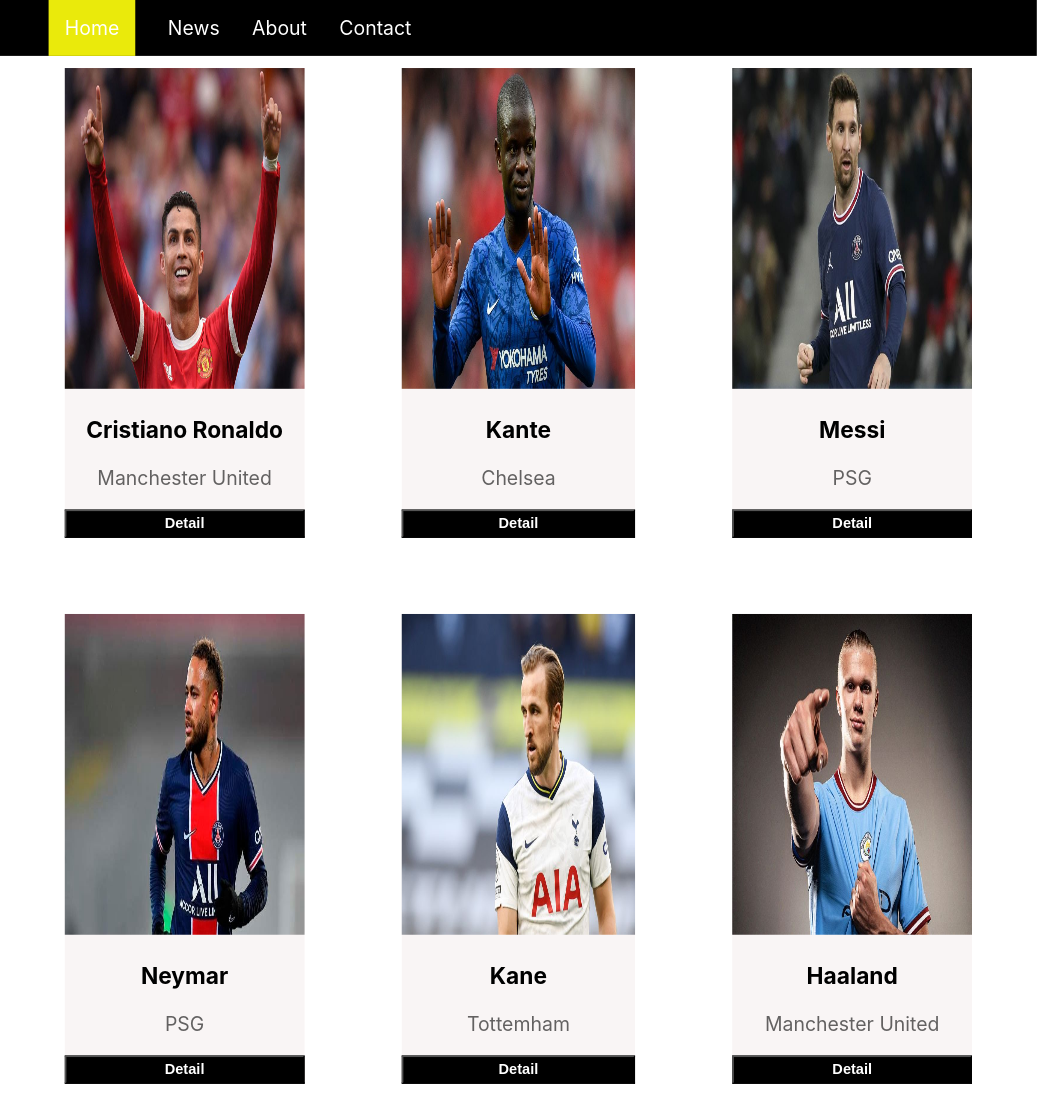
Repository: hoangdanh2/FER
Page: /
An editor plug-in stored every save of this project. The page is shown before and after a run of saves, followed by the edit.
The browser window is 1280 px wide. The page is 1280 px wide, then 1284 px, so the pictures cover 1284 px, including what lies to the right of the window. The pictures show the whole page, at 81% of full size.
The project was rebuilt for these pictures with package versions that can differ from the ones it lists, and the page was loaded fresh each time.

Above is the page before, as saved 2023-06-05 14:13:09.

### src/App.js
import './App.css';
import Navigation from './components/Navigation';
import Player from './components/Player';
function App() {
  return (
    <div className='App'>
      <Navigation/>
       <Player/>
    </div>
  );
}

export default App;

### src/App.css
.App {
  text-align: center;
}

.nav{
  text-align: left;
  background-color: #000000;
}

.nav-bar {
  display: flex;
  flex-direction: row;
  justify-content: left;
  margin-top: 0px;
  margin-bottom: 0px;
  padding-right: 20px;

}
.active{
  padding: 20px;
  width: 144px;
  background-color: rgb(234, 234, 11);
}

.nav-bar li{
  padding: 20px;
  list-style: none;
  text-decoration: none;
  font-size: x-large;
}
.nav-bar li:hover{
  background-color: rgb(234, 234, 11);
}

.nav-bar a{
  text-decoration: none;
  color: white;
}

/* .wrapp {
  display: flex;
  justify-content: space-between;
}

.nav-bar2 {
  padding: 20px 50px;
}

.switch-mode {
  text-decoration: none;
  font-size: large;
  font-weight: 600;
  letter-spacing: 3px;
} */
.container{
  display: grid;
  gap: 50px 100px;
  grid-template-columns: auto auto auto;
  justify-content: space-between;
  padding: 5px 70px;
  font-size: x-large;
}

.column img{
  width: 100%;
  height: 396px;
}

.column{
  padding: 10px;
}

.title{
  opacity: 0.6;
}
.card{
  background-color: rgb(249, 245, 245);
}

.column button{
  width: 100%;
  background-color: #000000;
  color: white;
  padding: 5px 0;
  font-size: large;
  font-weight: 600;
  cursor: pointer;
}

.column a{
  text-decoration: none;
  color: #fff;
  font-weight: 600;
}

.foot{
  width: 100%;
  background-color: yellow;
  padding: 2px;
  font-size: x-large;
  line-height: 0.5;
}

.foot h6{
  margin: 6px;
  font-size: large;
  padding: 5px 0;
}

/* .overlay {
  position: fixed;
  top: 0;
  bottom: 0;
  left: 0;
  right: 0;
  background: rgba(0, 0, 0, 0.7);
  transition: opacity 500ms;
  visibility: hidden;
  opacity: 0;
}
.overlay:target {
  visibility: visible;
  opacity: 1;
}
.popup {
  margin: 70px auto;
  padding: 5px;
  background: #fff;
  border-radius: 5px;
  width: 30%;
  position: relative;
  transition: all 5s ease-in-out;
}
.popup img{ width: 100%;}
.popup h2 {
  margin-top: 0;
  color: #333;
  font-family: Tahoma, Arial, sans-serif;
}
.popup .close {
  position: absolute;
  top: 20px;
  right: 30px;
  transition: all 200ms;
  font-size: 30px;
  font-weight: bold;
  text-decoration: none;
  color: #333;
}
.popup .close:hover {color: #06D85F;}
.popup .content {
  max-height: 30%;
  overflow: auto;
} */

### src/components/Navigation.js
import React, { Component } from "react";
export default class Navigation extends Component {
    render() {
        return (
            <div className="nav">
                <nav>
                    <ul className="nav-bar">
                        <li><a className="active" href="#home">Home</a></li>
                        <li><a href="#news">News</a></li>
                        <li><a href="#about">About</a></li>
                        <li><a href="#contact">Contact</a></li>
                    </ul>
                </nav>
            </div>
        )
    }
}

### src/components/Player.js
import React, { Component } from "react";
export default class player extends Component {
    render() {
        return (
            <div className="container">
                <div className="column">
                    <div className="card">
                        <img src="assets/images/cr.jpg" alt=""/>
                        <h3>Cristiano Ronaldo</h3>
                        <p className="title">Manchester United</p>
                        <p><button>Detail</button></p>
                    </div>
                </div>
                <div className="column">
                    <div className="card">
                        <img src="assets/images/kante.jpg" alt=""/>
                        <h3>Kante</h3>
                        <p className="title">Chelsea</p>
                        <p><button>Detail</button></p>
                    </div>
                </div>
                <div className="column">
                    <div className="card">
                        <img src="assets/images/messi.jpg" alt=""/>
                        <h3>Messi</h3>
                        <p className="title">PSG</p>
                        <p><button>Detail</button></p>
                    </div>
                </div>
                <div className="column">
                    <div className="card">
                        <img src="assets/images/neymar.jpg" alt=""/>
                        <h3>Neymar</h3>
                        <p className="title">PSG</p>
                        <p><button>Detail</button></p>
                    </div>
                </div>
                <div className="column">
                    <div className="card">
                        <img src="assets/images/kane.jpg" alt=""/>
                        <h3>Kane</h3>
                        <p className="title">Tottemham</p>
                        <p><button>Detail</button></p>
                    </div>
                </div>
                <div className="column">
                    <div className="card">
                        <img src="assets/images/haaland.jpg" alt=""/>
                        <h3>Haaland</h3>
                        <p className="title">Manchester United</p>
                        <p><button>Detail</button></p>
                    </div>
                </div>
            </div>
        )
    }
}

### src/components/Footer.js
import React, { Component } from "react";
export default class Navigation extends Component{
    render(){
        return(
            <div class='foot'>
                <nav >
                    <h6>copyright @ 2022</h6>
                </nav>
            </div>
        )
    }
}

Loaded but not shown: public/index.html (common file); src/index.js (common file); src/index.css (common file); src/reportWebVitals.js (common file)

After the next 2 saves:
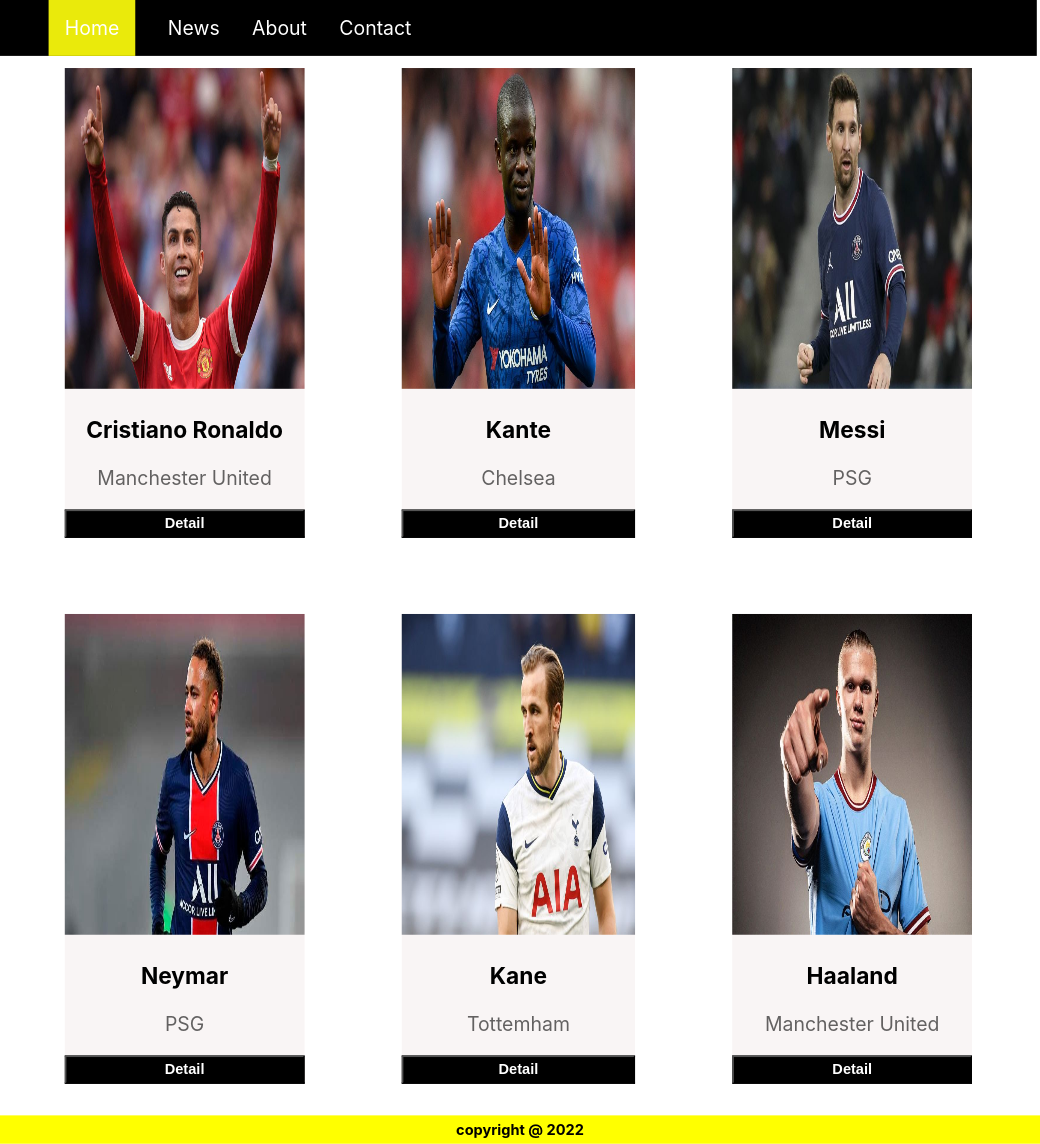
The 2 saves are shown as one change because they came seconds apart.
The last was saved 87 s later.
--- a/src/App.js
+++ b/src/App.js
@@ -1,11 +1,13 @@
-import './App.css';
-import Navigation from './components/Navigation';
-import Player from './components/Player';
+import "./App.css";
+import Navigation from "./components/Navigation";
+import Player from "./components/Player";
+import Footer from "./components/Footer";
 function App() {
   return (
-    <div className='App'>
-      <Navigation/>
-       <Player/>
+    <div className="App">
+      <Navigation />
+      <Player />
+      <Footer />
     </div>
   );
 }
